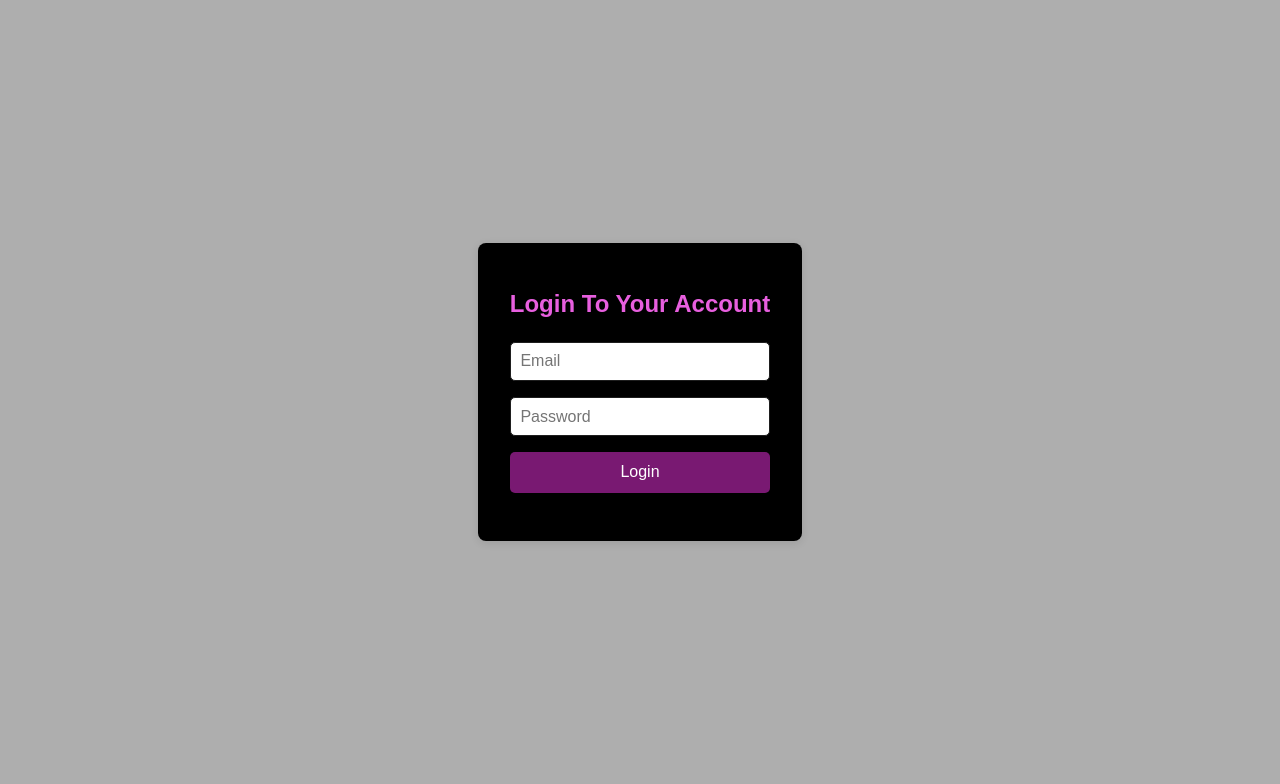
Repository: revathithiruvasagan/cuic26
Page: / (app in testapp/)
These files come from the project's save history. The page is drawn as it stood at one moment and after the next save; the edit follows.
The browser window is 1280 px wide. The pictures show the whole page.
The project was rebuilt for these pictures with package versions that can differ from the ones it lists, and the page was loaded fresh each time. Also part of the build but not shown: testapp/vite.config.js.

Above is the page before, as saved 2025-05-30 20:57:29.

### testapp/src/App.jsx
import { useState } from 'react';
import Login from './components/Login';
import './App.css';

function App() {
  const [user, setUser] = useState(null);

  const handleLoginSuccess = (userData) => {
    setUser(userData);
  };

  const handleLogout = () => {
    setUser(null);
  };

  return (
    <div className="App">
      {!user ? (
        <Login onLoginSuccess={handleLoginSuccess} />
      ) : (
        <div className="dashboard">
          <div className="dashboard-header">
            <h1>Welcome, {user.name || user.email}!</h1>
            <button onClick={handleLogout} className="logout-btn">
              Logout
            </button>
          </div>
          <div className="dashboard-content">
            <div className="user-info">
              <h2>User Information</h2>
              <p><strong>Email:</strong> {user.email}</p>
              <p><strong>User ID:</strong> {user.id}</p>
              <p><strong>Login Time:</strong> {new Date().toLocaleString()}</p>
            </div>
            <div className="login-data">
              <h2>Console Output</h2>
              <p>Check the browser console to see the JSON login data that was logged.</p>
              <code>
                {JSON.stringify(user, null, 2)}
              </code>
            </div>
          </div>
        </div>
      )}
    </div>
  );
}

export default App;

### testapp/src/components/Login.jsx
import { useState } from "react";
import { loginUser, validateEmail } from "../utils/auth";
import "../styles/Login.css";

const Login = () => {
  const [formData, setFormData] = useState({
    email: "",
    password: "",
  });
  const [errors, setErrors] = useState({});
  const [message, setMessage] = useState(null);
  const [loading, setLoading] = useState(false);

  const handleChange = (e) => {
    const { name, value } = e.target;
    setFormData((prev) => ({
      ...prev,
      [name]: value,
    }));

    if (errors[name]) {
      setErrors((prev) => ({
        ...prev,
        [name]: "",
      }));
    }
  };

  const handleBlur = (e) => {
    const { name, value } = e.target;

    if (name === "email" && value && !validateEmail(value)) {
      setErrors((prev) => ({
        ...prev,
        email: "Please enter a valid email address",
      }));
    }
  };

  const handleSubmit = async (e) => {
    e.preventDefault();

    setErrors({});
    setMessage(null);

    // Validation
    const newErrors = {};

    if (!formData.email) {
      newErrors.email = "Email is required";
    } else if (!validateEmail(formData.email)) {
      newErrors.email = "Please enter a valid email address";
    }

    if (!formData.password) {
      newErrors.password = "Password is required";
    } else if (formData.password.length < 6) {
      newErrors.password = "Password must be at least 6 characters";
    }

    if (Object.keys(newErrors).length > 0) {
      setErrors(newErrors);
      return;
    }

    setLoading(true);

    try {
      const result = await loginUser(formData);

      if (result.success) {
        setMessage({ type: "success", text: result.message });

        setFormData({ email: "", password: "" });
      } else {
        setMessage({ type: "error", text: result.message });
      }
    } catch (error) {
      console.error("Login error:", error);
      setMessage({ type: "error", text: "An error occurred during login" });
    } finally {
      setLoading(false);
    }
  };

  return (
    <div className="login-page">
      <div className="login-container">
        <form onSubmit={handleSubmit} noValidate>
          {message && (
            <div className={`alert ${message.type}`}>
              <p>{message.text}</p>
            </div>
          )}

          <h1 className="login-title">Login To Your Account</h1>

          <div className="form-group">
            <input
              type="email"
              name="email"
              value={formData.email}
              onChange={handleChange}
              onBlur={handleBlur}
              className={`form-control ${errors.email ? "error" : ""}`}
              placeholder="Email"
              required
            />
            {errors.email && (
              <div
                className="alert error"
                style={{ marginTop: "0.5rem", marginBottom: 0 }}
              >
                {errors.email}
              </div>
            )}
          </div>

          <div className="form-group">
            <input
              type="password"
              name="password"
              value={formData.password}
              onChange={handleChange}
              className={`form-control ${errors.password ? "error" : ""}`}
              placeholder="Password"
              required
            />
            {errors.password && (
              <div
                className="alert error"
                style={{ marginTop: "0.5rem", marginBottom: 0 }}
              >
                {errors.password}
              </div>
            )}
          </div>

          <div className="form-group">
            <button type="submit" className="login-btn" disabled={loading}>
              {loading && <span className="spinner"></span>}
              {loading ? "Signing In..." : "Login"}
            </button>
          </div>
        </form>
      </div>
    </div>
  );
};

export default Login;

### testapp/src/utils/auth.js
// Authentication utility functions
export const validateEmail = (email) => {
  const emailRegex = /^[^\s@]+@[^\s@]+\.[^\s@]+$/;
  return emailRegex.test(email);
};


export const validatePassword = (password) => {
  if (!password) {
    return { isValid: false, message: 'Password is required' };
  }

  if (password.length < 6) {
    return { isValid: false, message: 'Password must be at least 6 characters' };
  }

  if (password.length < 8) {
    return { isValid: true, message: 'Password strength: Weak' };
  }

  const hasUpperCase = /[A-Z]/.test(password);
  const hasLowerCase = /[a-z]/.test(password);
  const hasNumbers = /\d/.test(password);
  const hasSpecialChar = /[!@#$%^&*(),.?":{}|<>]/.test(password);

  const strengthCount = [hasUpperCase, hasLowerCase, hasNumbers, hasSpecialChar].filter(Boolean).length;

  if (strengthCount >= 3) {
    return { isValid: true, message: 'Password strength: Strong' };
  } else if (strengthCount >= 2) {
    return { isValid: true, message: 'Password strength: Medium' };
  } else {
    return { isValid: true, message: 'Password strength: Weak' };
  }
};


export const loginUser = async (credentials) => {

  await new Promise(resolve => setTimeout(resolve, 500));

  //Console log
  console.log('Login Data:', JSON.stringify(credentials, null, 2));

  return {
    success: true,
    message: 'Login data logged to console successfully!'
  };
};

//Log data
export const formatUserData = (user) => {
  const formatted = {
    email: user.email,
    loginTime: new Date().toISOString()
  };


  console.log('Formatted user data:', JSON.stringify(formatted, null, 2));

  return formatted;
};


export const setUserSession = (userData) => {
  console.log('User session data:', JSON.stringify(userData, null, 2));
};


export const clearUserSession = () => {
  console.log('User session cleared at:', new Date().toISOString());
};


export const getUserSession = () => {
  console.log('Getting user session - none stored');
  return null;
};

### testapp/src/styles/Login.css
body {
  margin: 0;
  padding: 0;
  background-color: #aeaeae;
  font-family: sans-serif;
}

.login-page {
  display: flex;
  justify-content: center;
  align-items: center;
  height: 100vh;
}

.login-container {
  background-color: rgb(0, 0, 0);
  padding: 2rem;
  border-radius: 8px;
  width: 100%;
  max-width: 350px;
  box-shadow: 0 2px 8px rgba(0, 0, 0, 0.1);
}

.login-title {
  text-align: center;
  margin-bottom: 1.5rem;
  font-size: 1.5rem;
  color: #e85fdf;
}

.form-group {
  margin-bottom: 1rem;
}

.form-control {
  width: 100%;
  padding: 0.6rem;
  font-size: 1rem;
  border: 1px solid #1e1e1e;
  border-radius: 5px;
  box-sizing: border-box;
}

.form-control.error {
  border-color: #e74c3c;
}

.alert {
  font-size: 0.9rem;
  padding: 0.5rem;
  border-radius: 4px;
  margin-top: 0.5rem;
  color: #721c24;
  background-color: #f8d7da;
}

.login-btn {
  width: 100%;
  padding: 0.7rem;
  background-color: #791972;
  color: white;
  border: none;
  border-radius: 5px;
  cursor: pointer;
}

.login-btn:hover {
  background-color: #333;
}

Loaded but not shown: testapp/index.html (common file); testapp/src/main.jsx (common file); testapp/src/index.css (common file); testapp/src/App.css (common file)

After the next save:
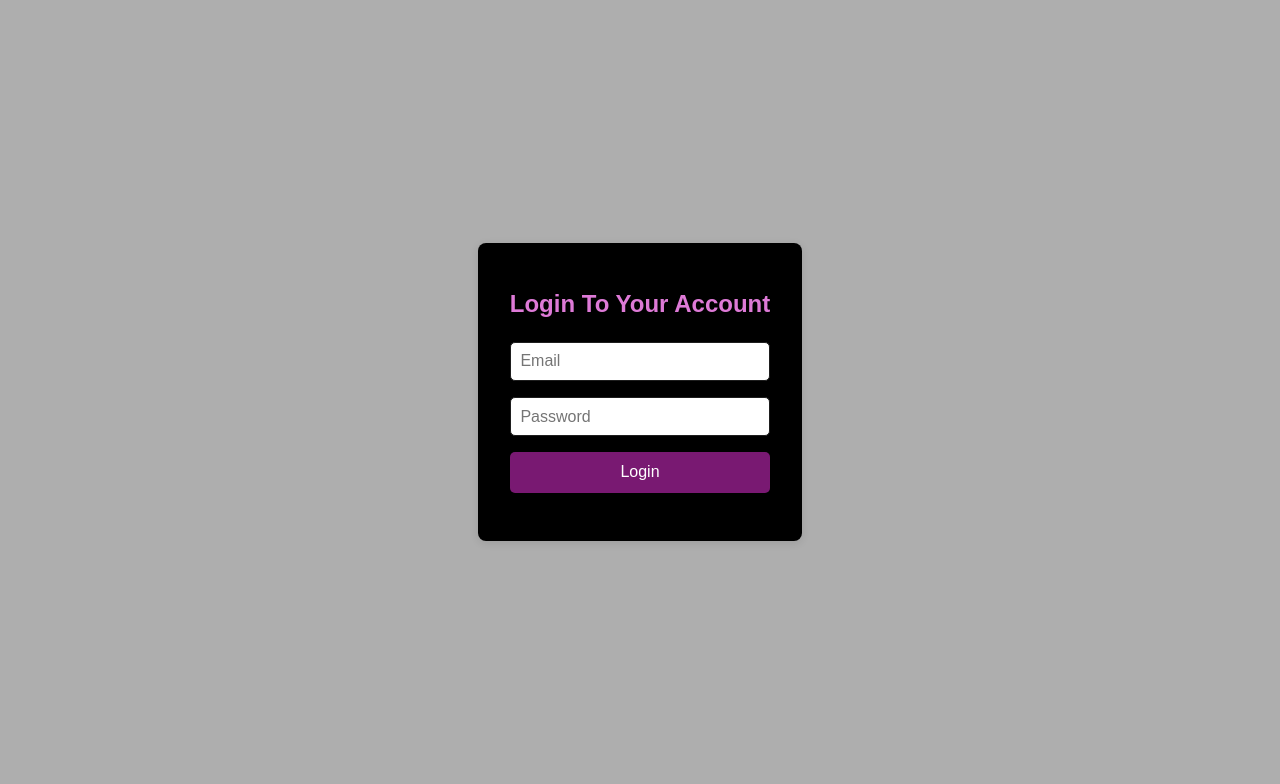
Saved 9 s later.
--- a/testapp/src/styles/Login.css
+++ b/testapp/src/styles/Login.css
@@ -25,7 +25,7 @@ body {
   text-align: center;
   margin-bottom: 1.5rem;
   font-size: 1.5rem;
-  color: #e85fdf;
+  color: #de7ad7;
 }
 
 .form-group {
